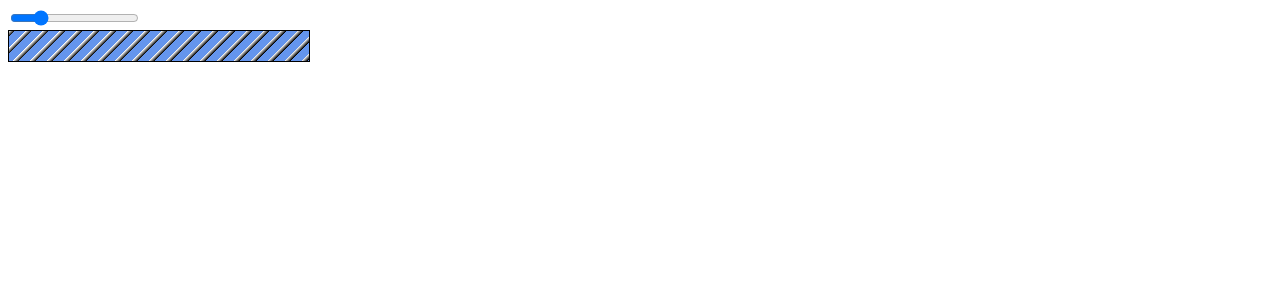
Repository: Jhin7782/HBuilder-Projects
Page: 【CSS】/渐变色/线性渐变/5.2repeating-linear-gradient应用.html
The author's editor kept a copy of each file at every save. The page is drawn from the files as they stood at one save, then again after the next save.
The browser window is 1280 px wide. The pictures show the whole page.

Above is the page before, as saved 2017-06-12 17:13:55.

After the next save:
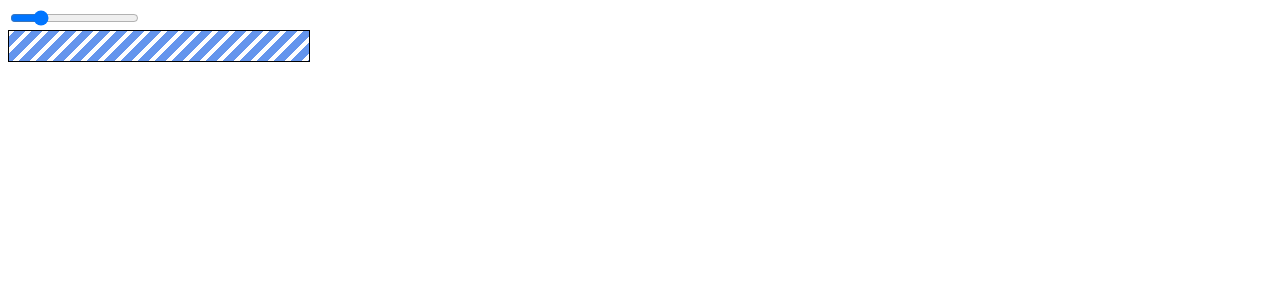
Saved 5 s later.
--- a/【CSS】/渐变色/线性渐变/5.2repeating-linear-gradient应用.html
+++ b/【CSS】/渐变色/线性渐变/5.2repeating-linear-gradient应用.html
@@ -8,7 +8,7 @@
 				border: 1px solid;
 				width: 300px;
 				height: 30px;
-				background: repeating-linear-gradient(135deg, white 0em, black 0.25em, cornflowerblue 0em, cornflowerblue 0.75em);
+				background: repeating-linear-gradient(135deg, white 0em, white 0.25em, cornflowerblue 0em, cornflowerblue 0.75em);
 			}
 		</style>
 	</head>
